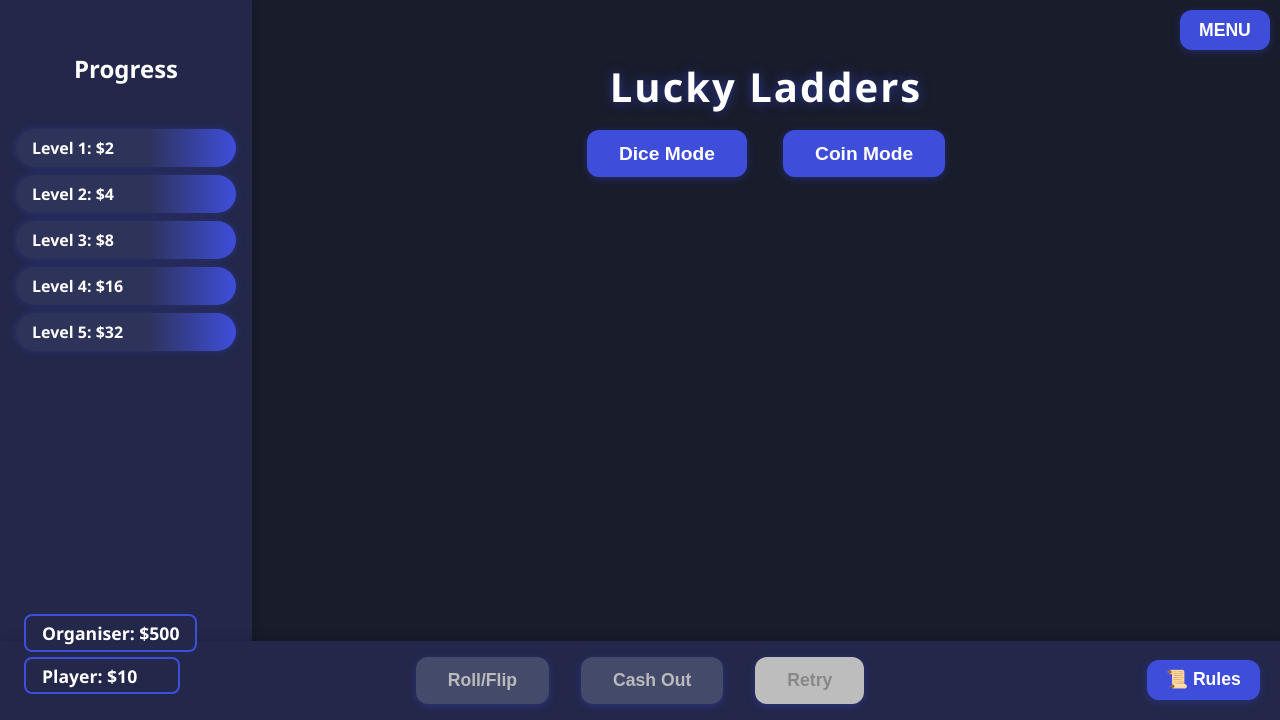
Repository: DrFez/luckyladders
Page: index.html
The author's editor kept a copy of each file at every save. The page is drawn from the files as they stood at one save, then again after the next save.
The browser window is 1280 px wide. The pictures show the whole page.

Above is the page before, as saved 2025-07-23 22:02:46.

After the next save:
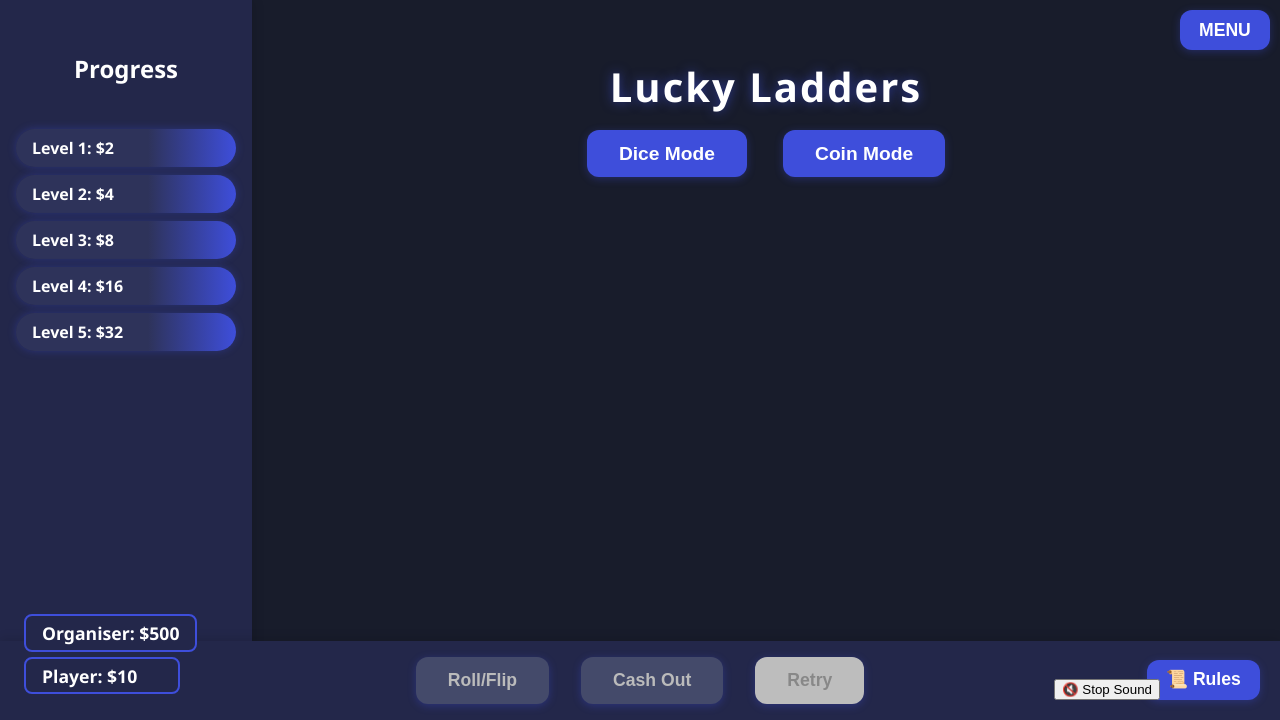
Saved 112 s later.
--- a/index.html
+++ b/index.html
@@ -69,6 +69,7 @@
         </div>
     </div>
     <button id="rulesBtn" style="position:fixed;bottom:20px;right:20px;z-index:2000;">📜 Rules</button>
+    <button id="stopMusicBtn" style="position:fixed;bottom:20px;right:120px;z-index:2000;">🔇 Stop Sound</button>
     <div id="rulesModal" class="hidden">
         <div style="background:#23274a;padding:2rem 1.5rem;border-radius:16px;box-shadow:0 0 24px #3e4edb99;position:fixed;top:50px;left:50%;transform:translateX(-50%);z-index:2001;min-width:320px;max-width:95vw;max-height:80vh;overflow-y:auto;">
             <h2 style="color:#ffeb3b;">How to Play Lucky Ladders</h2>
@@ -130,6 +131,14 @@
     if (coinModeBtn) {
         coinModeBtn.addEventListener('click', tryPlayMusic);
     }
+    // Stop music button
+    const stopMusicBtn = document.getElementById('stopMusicBtn');
+    if (stopMusicBtn && bgMusic) {
+        stopMusicBtn.addEventListener('click', () => {
+            bgMusic.pause();
+            bgMusic.currentTime = 0;
+        });
+    }
     </script>
 </body>
 </html>
